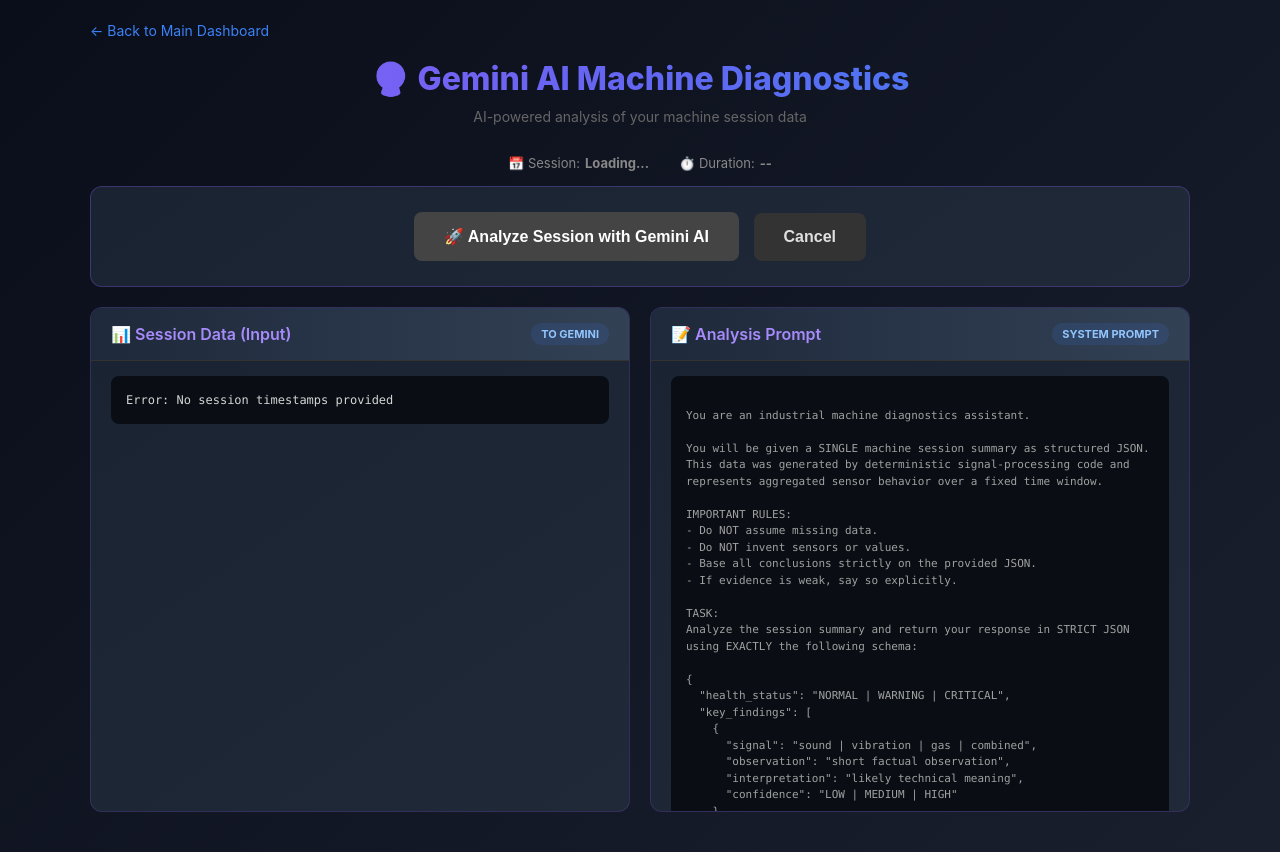
Repository: My-Mation/FSociety
Page: gemini_analysis.html
These files come from the project's save history. The page is drawn as it stood at one moment and after the next save; the edit follows.
The browser window is 1280 px wide. The pictures show the whole page.
An inner scrolling area shows only its first screen.

Above is the page before, as saved 2026-01-10 20:04:21.

### gemini_analysis.html
<!DOCTYPE html>
<html lang="en">
<head>
    <meta charset="UTF-8">
    <meta name="viewport" content="width=device-width, initial-scale=1.0">
    <title>Gemini AI Analysis - Machine Diagnostics</title>
    <style>
        * {
            margin: 0;
            padding: 0;
            box-sizing: border-box;
        }

        body {
            background: linear-gradient(135deg, #0a0e1a 0%, #1a1f2e 100%);
            color: #e0e0e0;
            font-family: -apple-system, BlinkMacSystemFont, 'Segoe UI', sans-serif;
            padding: 20px;
            min-height: 100vh;
        }

        .container {
            max-width: 1100px;
            margin: 0 auto;
        }

        h1 {
            text-align: center;
            margin-bottom: 10px;
            background: linear-gradient(90deg, #8b5cf6, #6366f1, #3b82f6);
            -webkit-background-clip: text;
            -webkit-text-fill-color: transparent;
            background-clip: text;
            font-size: 32px;
            font-weight: 800;
        }

        .subtitle {
            text-align: center;
            color: #666;
            margin-bottom: 30px;
            font-size: 14px;
        }

        .back-link {
            display: inline-block;
            margin-bottom: 20px;
            color: #3b82f6;
            text-decoration: none;
            font-size: 14px;
        }

        .back-link:hover {
            text-decoration: underline;
        }

        .panels-grid {
            display: grid;
            grid-template-columns: 1fr 1fr;
            gap: 20px;
            margin-bottom: 20px;
        }

        @media (max-width: 900px) {
            .panels-grid {
                grid-template-columns: 1fr;
            }
        }

        .panel {
            background: linear-gradient(145deg, #1a2332, #1f2937);
            border-radius: 12px;
            border: 1px solid rgba(139, 92, 246, 0.2);
            overflow: hidden;
        }

        .panel-header {
            background: linear-gradient(90deg, #1e293b, #334155);
            padding: 15px 20px;
            border-bottom: 1px solid #333;
            display: flex;
            justify-content: space-between;
            align-items: center;
        }

        .panel-header h3 {
            color: #a78bfa;
            font-size: 16px;
            font-weight: 600;
        }

        .panel-header .badge {
            padding: 4px 10px;
            border-radius: 12px;
            font-size: 11px;
            font-weight: bold;
        }

        .badge.input {
            background: #3b82f620;
            color: #93c5fd;
        }

        .badge.output {
            background: #8b5cf620;
            color: #c4b5fd;
        }

        .panel-body {
            padding: 15px 20px;
            max-height: 450px;
            overflow-y: auto;
        }

        .json-display {
            font-family: 'Fira Code', 'Consolas', monospace;
            font-size: 12px;
            line-height: 1.5;
            white-space: pre-wrap;
            word-break: break-word;
            color: #d4d4d4;
            background: #0a0e14;
            padding: 15px;
            border-radius: 8px;
        }

        .json-display .key { color: #9cdcfe; }
        .json-display .string { color: #ce9178; }
        .json-display .number { color: #b5cea8; }

        .action-panel {
            background: linear-gradient(145deg, #1a2332, #1f2937);
            border-radius: 12px;
            border: 1px solid rgba(139, 92, 246, 0.3);
            padding: 20px;
            text-align: center;
            margin-bottom: 20px;
        }

        .btn {
            padding: 15px 30px;
            border: none;
            border-radius: 8px;
            cursor: pointer;
            font-weight: bold;
            font-size: 16px;
            transition: all 0.3s;
            margin: 5px;
        }

        .btn-gemini {
            background: linear-gradient(135deg, #8b5cf6, #6366f1);
            color: white;
            box-shadow: 0 4px 15px rgba(139, 92, 246, 0.3);
        }

        .btn-gemini:hover {
            background: linear-gradient(135deg, #7c3aed, #4f46e5);
            transform: translateY(-2px);
            box-shadow: 0 6px 20px rgba(139, 92, 246, 0.4);
        }

        .btn-gemini:disabled {
            background: #444;
            cursor: not-allowed;
            transform: none;
            box-shadow: none;
        }

        .btn-secondary {
            background: #333;
            color: #e0e0e0;
        }

        .btn-secondary:hover {
            background: #444;
        }

        .status-message {
            margin-top: 15px;
            padding: 12px 20px;
            border-radius: 8px;
            font-size: 14px;
        }

        .status-message.loading {
            background: #1e3a8a20;
            color: #93c5fd;
            border: 1px solid #1e3a8a;
        }

        .status-message.success {
            background: #16653420;
            color: #86efac;
            border: 1px solid #166534;
        }

        .status-message.error {
            background: #7f1d1d20;
            color: #fca5a5;
            border: 1px solid #7f1d1d;
        }

        .loading-spinner {
            display: inline-block;
            width: 20px;
            height: 20px;
            border: 2px solid #666;
            border-top-color: #8b5cf6;
            border-radius: 50%;
            animation: spin 1s linear infinite;
            margin-right: 10px;
            vertical-align: middle;
        }

        @keyframes spin {
            to { transform: rotate(360deg); }
        }

        /* Health status colors */
        .health-normal { color: #22c55e; }
        .health-warning { color: #f59e0b; }
        .health-critical { color: #ef4444; }

        .findings-list {
            margin-top: 15px;
        }

        .finding-card {
            background: #0f1419;
            border-radius: 8px;
            padding: 12px 15px;
            margin-bottom: 10px;
            border-left: 3px solid #8b5cf6;
        }

        .finding-signal {
            font-size: 11px;
            text-transform: uppercase;
            color: #888;
            margin-bottom: 5px;
        }

        .finding-observation {
            color: #e0e0e0;
            font-weight: 500;
            margin-bottom: 5px;
        }

        .finding-interpretation {
            color: #a0a0a0;
            font-size: 13px;
        }

        .finding-confidence {
            margin-top: 8px;
            font-size: 11px;
        }

        .confidence-low { color: #f59e0b; }
        .confidence-medium { color: #3b82f6; }
        .confidence-high { color: #22c55e; }

        .actions-list {
            margin-top: 15px;
        }

        .action-item {
            background: #0f1419;
            border-radius: 6px;
            padding: 10px 15px;
            margin-bottom: 8px;
            display: flex;
            align-items: center;
            gap: 10px;
        }

        .action-item::before {
            content: "▸";
            color: #8b5cf6;
        }

        .severity-badge {
            display: inline-block;
            padding: 6px 14px;
            border-radius: 20px;
            font-weight: bold;
            font-size: 14px;
            margin-top: 10px;
        }

        .severity-low {
            background: #16653440;
            color: #86efac;
        }

        .severity-medium {
            background: #ca8a0440;
            color: #fcd34d;
        }

        .severity-high {
            background: #7f1d1d40;
            color: #fca5a5;
        }

        .session-info {
            display: flex;
            justify-content: center;
            gap: 30px;
            margin-bottom: 15px;
            font-size: 13px;
            color: #888;
        }

        .session-info span {
            display: flex;
            align-items: center;
            gap: 5px;
        }

        .response-panel {
            background: linear-gradient(145deg, #1a2332, #1f2937);
            border-radius: 12px;
            border: 2px solid #8b5cf6;
            overflow: hidden;
            display: none;
        }

        .response-panel.visible {
            display: block;
        }

        .response-header {
            background: linear-gradient(90deg, #8b5cf6, #6366f1);
            padding: 15px 20px;
            display: flex;
            justify-content: space-between;
            align-items: center;
        }

        .response-header h3 {
            color: white;
            font-size: 18px;
        }

        .response-body {
            padding: 20px;
        }

        .health-status-display {
            text-align: center;
            padding: 20px;
            background: #0f1419;
            border-radius: 12px;
            margin-bottom: 20px;
        }

        .health-status-display .label {
            font-size: 12px;
            color: #666;
            text-transform: uppercase;
            letter-spacing: 1px;
        }

        .health-status-display .value {
            font-size: 36px;
            font-weight: 800;
            margin-top: 5px;
        }

        .notes-section {
            background: #0f1419;
            border-radius: 8px;
            padding: 15px;
            margin-top: 15px;
            border-left: 3px solid #666;
        }

        .notes-section .label {
            font-size: 11px;
            color: #666;
            text-transform: uppercase;
            margin-bottom: 5px;
        }
    </style>
</head>
<body>
    <div class="container">
        <a href="/" class="back-link">← Back to Main Dashboard</a>

        <h1>🔮 Gemini AI Machine Diagnostics</h1>
        <p class="subtitle">AI-powered analysis of your machine session data</p>

        <div class="session-info" id="session-info">
            <span>📅 Session: <strong id="session-time-display">Loading...</strong></span>
            <span>⏱️ Duration: <strong id="session-duration-display">--</strong></span>
        </div>

        <div class="action-panel">
            <button class="btn btn-gemini" id="analyze-btn" onclick="analyzeWithGemini()">
                🚀 Analyze Session with Gemini AI
            </button>
            <button class="btn btn-secondary" onclick="window.location.href='/'">
                Cancel
            </button>
            <div id="status-message" class="status-message" style="display: none;"></div>
        </div>

        <div class="panels-grid">
            <!-- Input Data Panel -->
            <div class="panel">
                <div class="panel-header">
                    <h3>📊 Session Data (Input)</h3>
                    <span class="badge input">TO GEMINI</span>
                </div>
                <div class="panel-body">
                    <div class="json-display" id="input-json">Loading session data...</div>
                </div>
            </div>

            <!-- Prompt Panel -->
            <div class="panel">
                <div class="panel-header">
                    <h3>📝 Analysis Prompt</h3>
                    <span class="badge input">SYSTEM PROMPT</span>
                </div>
                <div class="panel-body">
                    <div class="json-display" id="prompt-display" style="font-size: 11px; color: #a0a0a0;">
You are an industrial machine diagnostics assistant.

You will be given a SINGLE machine session summary as structured JSON.
This data was generated by deterministic signal-processing code and
represents aggregated sensor behavior over a fixed time window.

IMPORTANT RULES:
- Do NOT assume missing data.
- Do NOT invent sensors or values.
- Base all conclusions strictly on the provided JSON.
- If evidence is weak, say so explicitly.

TASK:
Analyze the session summary and return your response in STRICT JSON
using EXACTLY the following schema:

{
  "health_status": "NORMAL | WARNING | CRITICAL",
  "key_findings": [
    {
      "signal": "sound | vibration | gas | combined",
      "observation": "short factual observation",
      "interpretation": "likely technical meaning",
      "confidence": "LOW | MEDIUM | HIGH"
    }
  ],
  "overall_severity": "LOW | MEDIUM | HIGH",
  "recommended_actions": [
    "action item 1",
    "action item 2"
  ],
  "notes": "optional clarifications or uncertainty"
}
                    </div>
                </div>
            </div>
        </div>

        <!-- Response Panel (hidden until response received) -->
        <div class="response-panel" id="response-panel">
            <div class="response-header">
                <h3>🤖 Gemini AI Analysis Result</h3>
                <button class="btn btn-secondary" style="padding: 8px 15px; font-size: 12px;" onclick="copyResponse()">
                    📋 Copy Response
                </button>
            </div>
            <div class="response-body">
                <!-- Health Status -->
                <div class="health-status-display">
                    <div class="label">Machine Health Status</div>
                    <div class="value" id="health-status-value">--</div>
                    <div class="severity-badge" id="severity-badge">--</div>
                </div>

                <!-- Key Findings -->
                <h4 style="color: #a78bfa; margin-bottom: 10px;">🔍 Key Findings</h4>
                <div class="findings-list" id="findings-list"></div>

                <!-- Recommended Actions -->
                <h4 style="color: #a78bfa; margin: 20px 0 10px;">⚡ Recommended Actions</h4>
                <div class="actions-list" id="actions-list"></div>

                <!-- Notes -->
                <div class="notes-section" id="notes-section" style="display: none;">
                    <div class="label">Additional Notes</div>
                    <div id="notes-content"></div>
                </div>

                <!-- Raw JSON Response -->
                <details style="margin-top: 20px;">
                    <summary style="cursor: pointer; color: #666; font-size: 12px;">View Raw JSON Response</summary>
                    <div class="json-display" id="raw-response" style="margin-top: 10px;"></div>
                </details>
            </div>
        </div>
    </div>

    <script>
        let sessionData = null;
        let geminiResponse = null;

        // Get URL parameters
        const urlParams = new URLSearchParams(window.location.search);
        const startTs = urlParams.get('start');
        const stopTs = urlParams.get('stop');
        const autoload = urlParams.get('autoload') === 'true';

        document.addEventListener('DOMContentLoaded', () => {
            if (startTs && stopTs) {
                loadSessionData();
            } else {
                document.getElementById('input-json').textContent = 'Error: No session timestamps provided';
                document.getElementById('analyze-btn').disabled = true;
            }
        });

        async function loadSessionData() {
            try {
                // Display session time
                document.getElementById('session-time-display').textContent =
                    `${formatTime(startTs)} - ${formatTime(stopTs)}`;

                // Fetch aggregated session data
                const params = new URLSearchParams({ start: startTs, stop: stopTs });
                const res = await fetch(`/session-preview?${params.toString()}`);
                sessionData = await res.json();

                if (sessionData.error) {
                    throw new Error(sessionData.error);
                }

                // Display duration
                document.getElementById('session-duration-display').textContent =
                    `${sessionData.session.duration_sec}s`;

                // Display formatted JSON
                document.getElementById('input-json').innerHTML = syntaxHighlight(
                    JSON.stringify(sessionData, null, 2)
                );

            } catch (err) {
                document.getElementById('input-json').textContent = 'Error loading session data: ' + err.message;
                document.getElementById('analyze-btn').disabled = true;
            }
        }

        async function analyzeWithGemini() {
            if (!sessionData) {
                showStatus('No session data loaded', 'error');
                return;
            }

            const btn = document.getElementById('analyze-btn');
            btn.disabled = true;
            btn.innerHTML = '<span class="loading-spinner"></span> Analyzing with Gemini...';

            showStatus('<span class="loading-spinner"></span> Sending data to Gemini AI...', 'loading');

            try {
                const res = await fetch('/gemini-analyze', {
                    method: 'POST',
                    headers: { 'Content-Type': 'application/json' },
                    body: JSON.stringify({
                        session_data: sessionData
                    })
                });

                const result = await res.json();

                if (!res.ok || result.error) {
                    throw new Error(result.error || 'Analysis failed');
                }

                geminiResponse = result.analysis;
                displayGeminiResponse(geminiResponse);

                showStatus('✅ Analysis complete!', 'success');
                btn.innerHTML = '✅ Analysis Complete';

            } catch (err) {
                showStatus('❌ Error: ' + err.message, 'error');
                btn.disabled = false;
                btn.innerHTML = '🚀 Retry Analysis';
            }
        }

        function displayGeminiResponse(analysis) {
            const panel = document.getElementById('response-panel');
            panel.classList.add('visible');

            // Health Status
            const healthEl = document.getElementById('health-status-value');
            healthEl.textContent = analysis.health_status || 'UNKNOWN';
            healthEl.className = 'value health-' + (analysis.health_status || 'normal').toLowerCase();

            // Severity Badge
            const severityEl = document.getElementById('severity-badge');
            const severity = (analysis.overall_severity || 'LOW').toUpperCase();
            severityEl.textContent = `Overall Severity: ${severity}`;
            severityEl.className = 'severity-badge severity-' + severity.toLowerCase();

            // Key Findings
            const findingsList = document.getElementById('findings-list');
            findingsList.innerHTML = '';

            if (analysis.key_findings && analysis.key_findings.length > 0) {
                analysis.key_findings.forEach(finding => {
                    const card = document.createElement('div');
                    card.className = 'finding-card';
                    card.innerHTML = `
                        <div class="finding-signal">${finding.signal || 'general'}</div>
                        <div class="finding-observation">${finding.observation || ''}</div>
                        <div class="finding-interpretation">${finding.interpretation || ''}</div>
                        <div class="finding-confidence confidence-${(finding.confidence || 'low').toLowerCase()}">
                            Confidence: ${finding.confidence || 'LOW'}
                        </div>
                    `;
                    findingsList.appendChild(card);
                });
            } else {
                findingsList.innerHTML = '<div style="color: #666;">No specific findings reported</div>';
            }

            // Recommended Actions
            const actionsList = document.getElementById('actions-list');
            actionsList.innerHTML = '';

            if (analysis.recommended_actions && analysis.recommended_actions.length > 0) {
                analysis.recommended_actions.forEach(action => {
                    const item = document.createElement('div');
                    item.className = 'action-item';
                    item.textContent = action;
                    actionsList.appendChild(item);
                });
            } else {
                actionsList.innerHTML = '<div style="color: #666;">No specific actions recommended</div>';
            }

            // Notes
            if (analysis.notes) {
                document.getElementById('notes-section').style.display = 'block';
                document.getElementById('notes-content').textContent = analysis.notes;
            }

            // Raw JSON
            document.getElementById('raw-response').innerHTML = syntaxHighlight(
                JSON.stringify(analysis, null, 2)
            );

            // Scroll to response
            panel.scrollIntoView({ behavior: 'smooth' });
        }

        function showStatus(message, type) {
            const el = document.getElementById('status-message');
            el.style.display = 'block';
            el.className = 'status-message ' + type;
            el.innerHTML = message;
        }

        function formatTime(isoString) {
            if (!isoString) return '--';
            const date = new Date(isoString);
            return date.toLocaleTimeString();
        }

        function syntaxHighlight(json) {
            json = json.replace(/&/g, '&amp;').replace(/</g, '&lt;').replace(/>/g, '&gt;');
            return json.replace(
                /("(\\u[a-zA-Z0-9]{4}|\\[^u]|[^\\"])*"(\s*:)?|\b(true|false|null)\b|-?\d+(?:\.\d*)?(?:[eE][+\-]?\d+)?)/g,
                function (match) {
                    let cls = 'number';
                    if (/^"/.test(match)) {
                        cls = /:$/.test(match) ? 'key' : 'string';
                    }
                    return '<span class="' + cls + '">' + match + '</span>';
                }
            );
        }

        function copyResponse() {
            if (!geminiResponse) return;
            navigator.clipboard.writeText(JSON.stringify(geminiResponse, null, 2)).then(() => {
                alert('Response copied to clipboard!');
            });
        }
    </script>
</body>
</html>

After the next save:
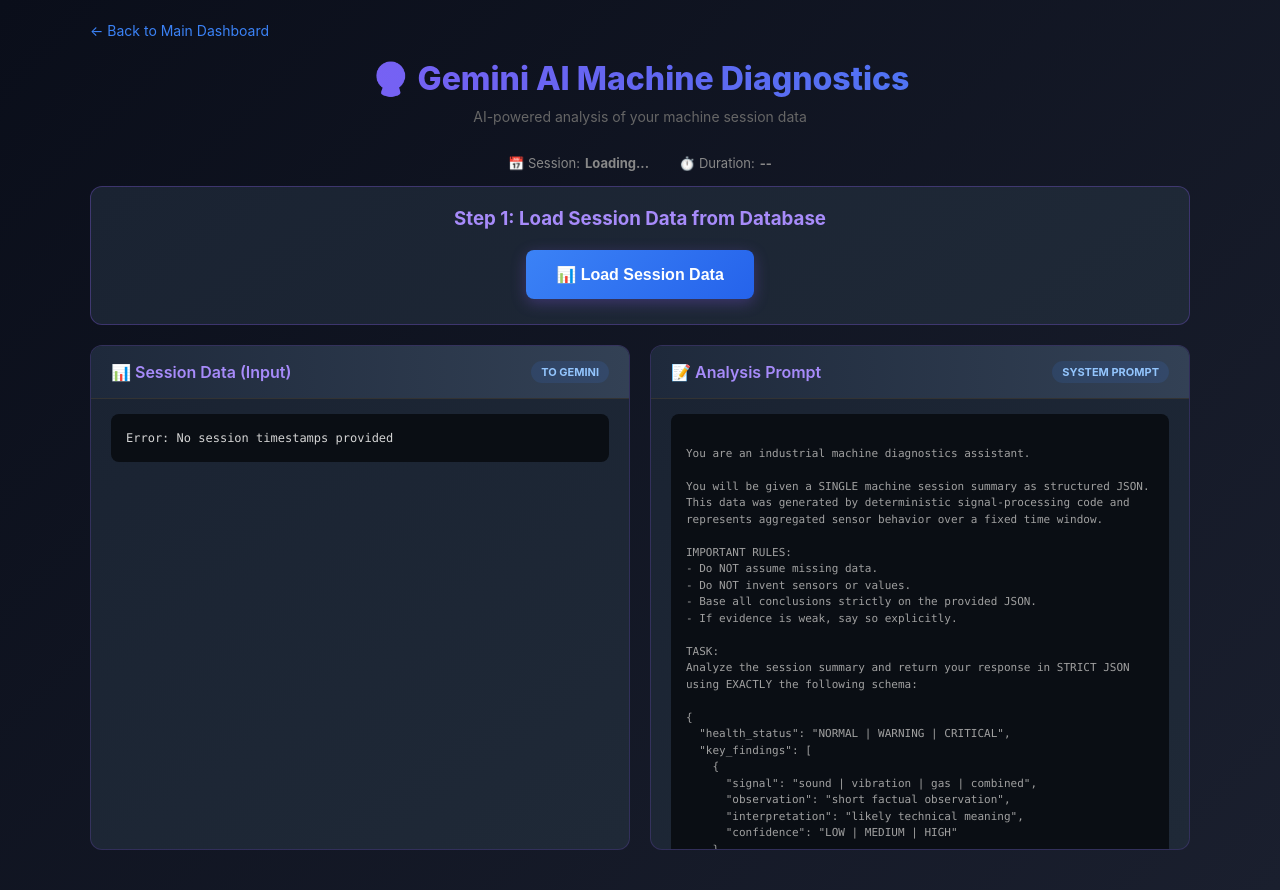
Saved 7 min 54 s later.
--- a/gemini_analysis.html
+++ b/gemini_analysis.html
@@ -397,7 +397,18 @@
             <span>⏱️ Duration: <strong id="session-duration-display">--</strong></span>
         </div>
 
-        <div class="action-panel">
+        <!-- Step 1: Load Data -->
+        <div class="action-panel" id="load-panel">
+            <h3 style="color: #a78bfa; margin-bottom: 15px;">Step 1: Load Session Data from Database</h3>
+            <button class="btn btn-gemini" id="load-btn" onclick="loadSessionData()" style="background: linear-gradient(135deg, #3b82f6, #2563eb);">
+                📊 Load Session Data
+            </button>
+            <div id="load-status" class="status-message" style="display: none;"></div>
+        </div>
+
+        <!-- Step 2: Send to Gemini (hidden until data loaded) -->
+        <div class="action-panel" id="analyze-panel" style="display: none;">
+            <h3 style="color: #a78bfa; margin-bottom: 15px;">Step 2: Send to Gemini AI for Analysis</h3>
             <button class="btn btn-gemini" id="analyze-btn" onclick="analyzeWithGemini()">
                 🚀 Analyze Session with Gemini AI
             </button>
